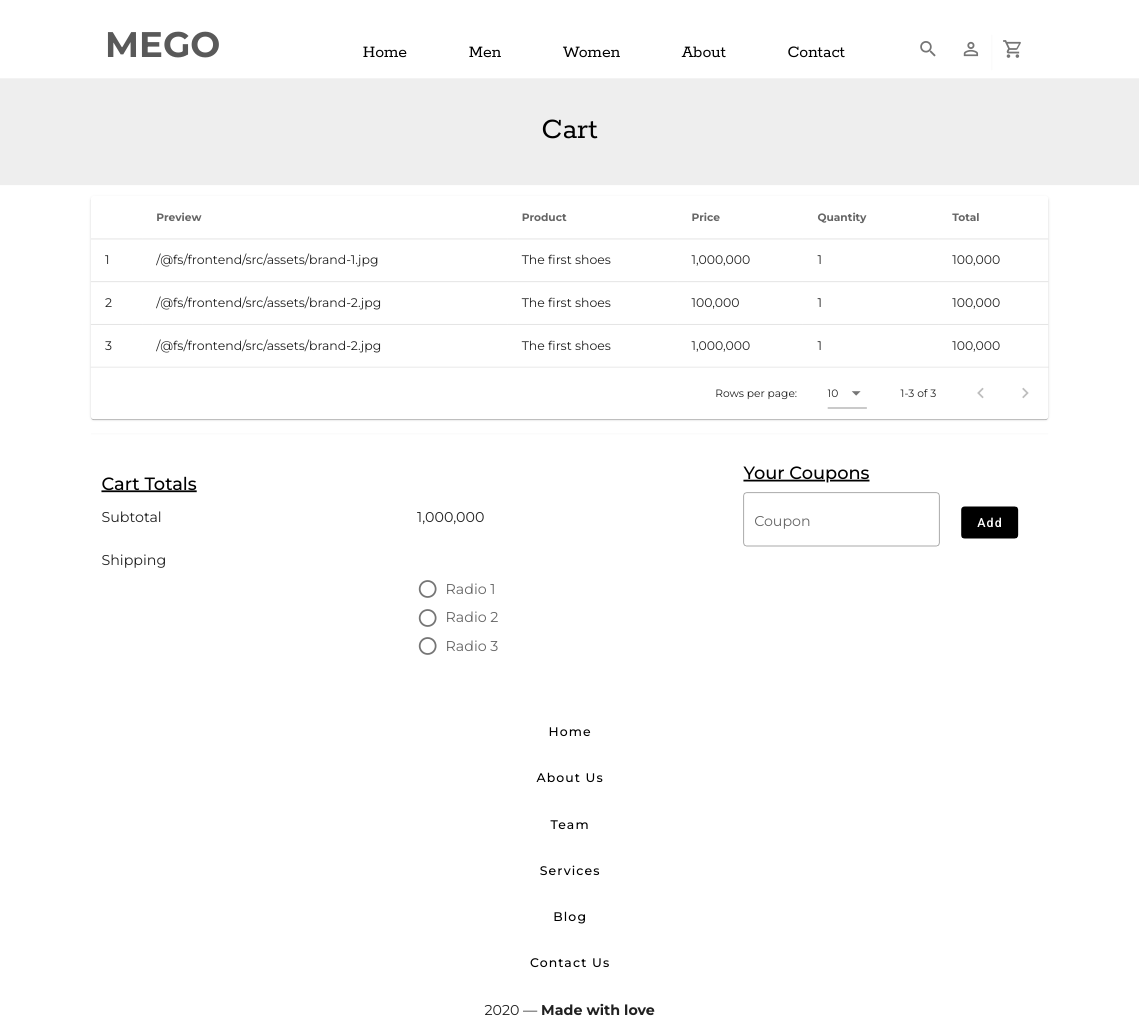
Repository: nguyenphuong152/shoesstore
Page: /cart (app in frontend/)
An editor plug-in stored every save of this project. The page is shown before and after the next save, followed by the edit.
The browser window is 1280 px wide. The pictures show the whole page, at 89% of full size.
The project was rebuilt for these pictures with package versions that can differ from the ones it lists, and the page was loaded fresh each time. Also part of the build but not shown: frontend/vue.config.js, frontend/src/components/Customer/Collection.vue, frontend/src/components/Customer/Banner.vue, frontend/src/components/Customer/BestSeller.vue, frontend/src/components/Customer/Partner.vue, frontend/src/views/Customer/Home.vue, frontend/src/components/Customer/ProductCategory.vue, frontend/src/components/Customer/ProductView.vue and 10 more. Imported but missing from the stored project, and not drawn on this page: frontend/src/views/Admin/Category.vue, frontend/src/views/Admin/ManageProduct.vue, frontend/src/views/Admin/ManageUser.vue, frontend/src/views/Admin/OrderList.vue.

Above is the page before, as saved 2020-11-28 20:22:52.

After the next save:
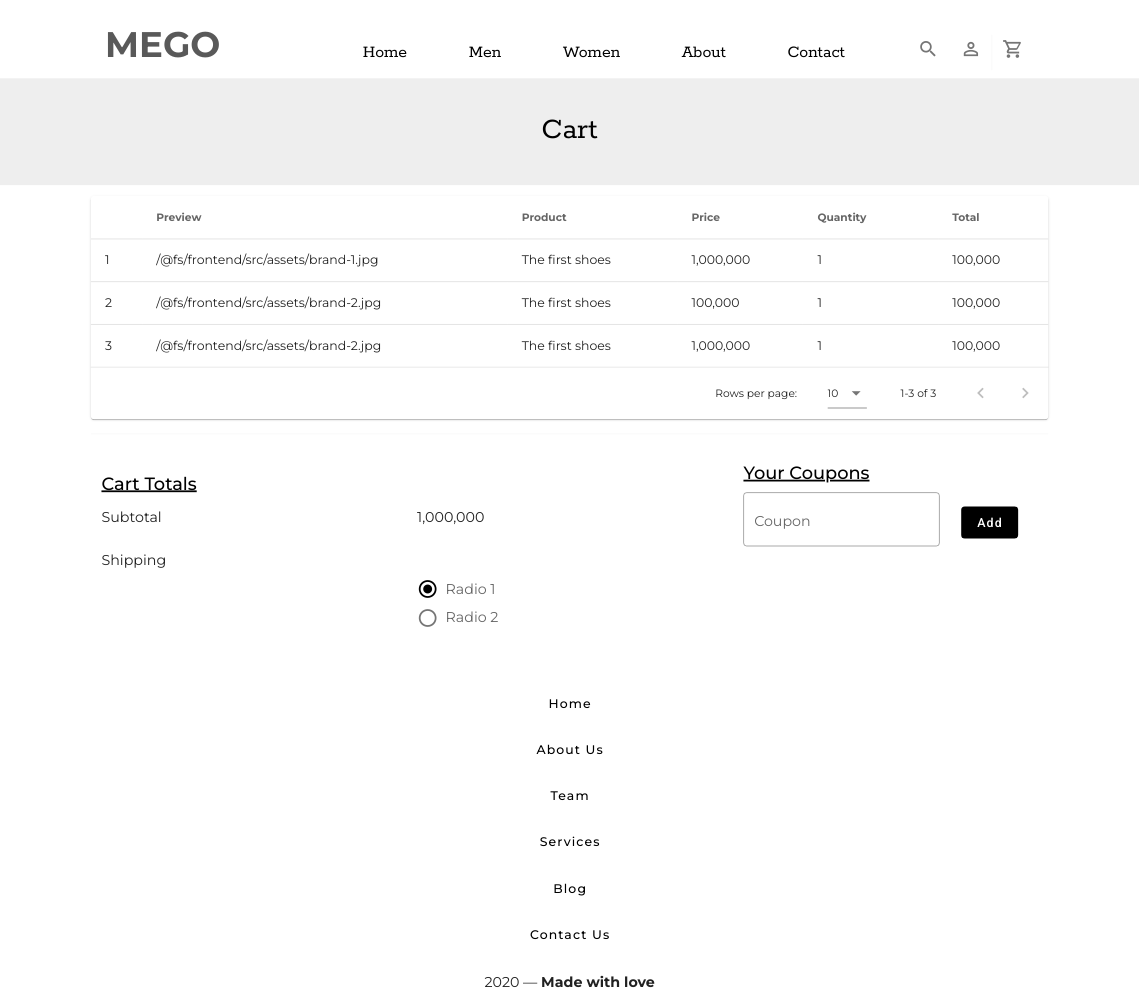
Saved 39 s later.
--- a/frontend/src/components/Customer/CartTotal.vue
+++ b/frontend/src/components/Customer/CartTotal.vue
@@ -21,7 +21,7 @@
         <v-container class="px-0" fluid>
           <v-radio-group v-model="radioGroup">
             <v-radio
-              v-for="n in 3"
+              v-for="n in 2 "
               :key="n"
               :label="`Radio ${n}`"
               :value="n"
@@ -37,7 +37,7 @@
 export default {
   data() {
     return {
-      radios: null,
+       radioGroup: 1,
     };
   },
 };

After the save that followed:
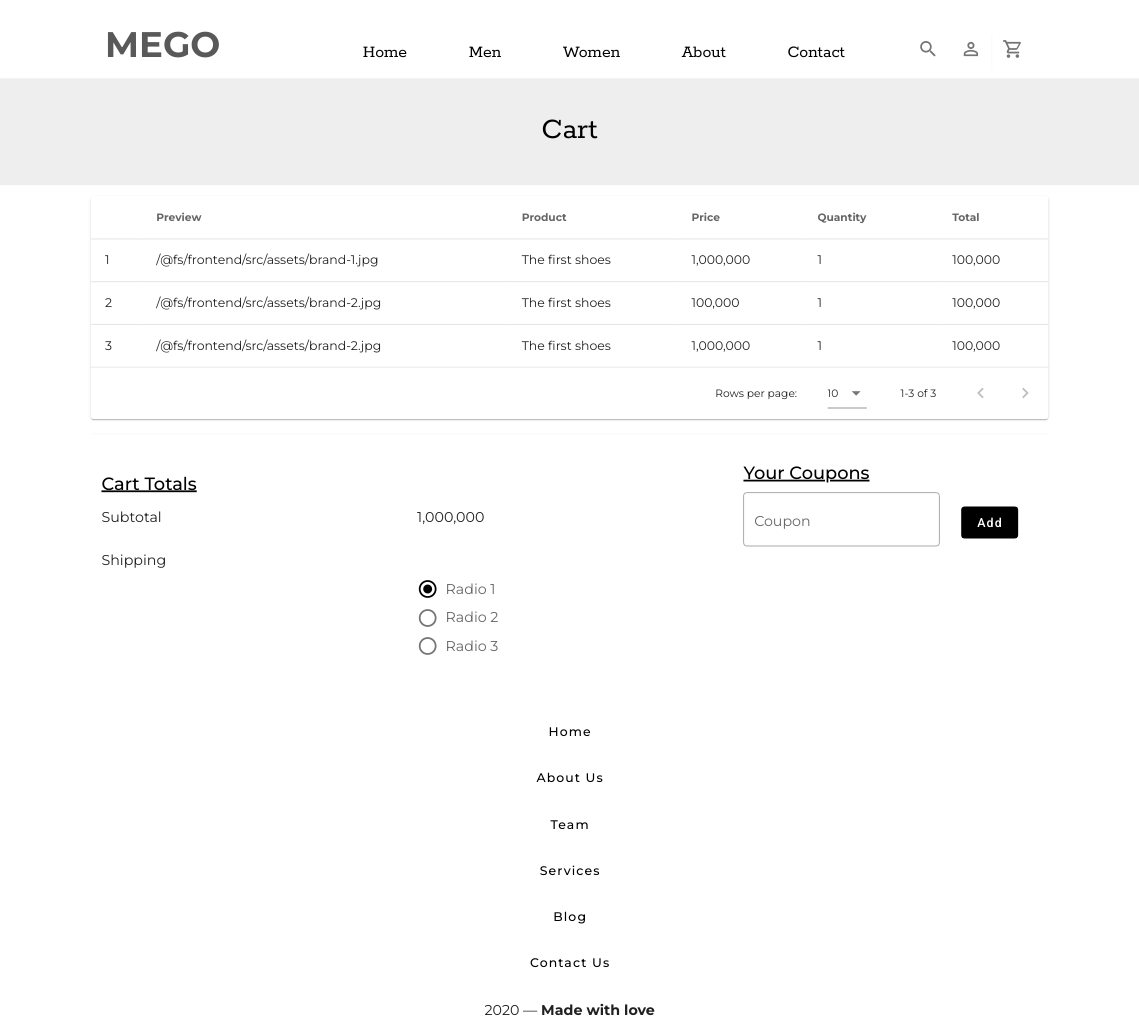
Saved 85 s later.
--- a/frontend/src/components/Customer/CartTotal.vue
+++ b/frontend/src/components/Customer/CartTotal.vue
@@ -18,16 +18,19 @@
         <a> Shipping</a>
       </v-col>
       <v-col>
-        <v-container class="px-0" fluid>
-          <v-radio-group v-model="radioGroup">
-            <v-radio
-              v-for="n in 2 "
-              :key="n"
-              :label="`Radio ${n}`"
-              :value="n"
-            ></v-radio>
-          </v-radio-group>
-        </v-container>
+        <v-container
+    class="px-0"
+    fluid
+  >
+    <v-radio-group v-model="radioGroup">
+      <v-radio
+        v-for="n in 3"
+        :key="n"
+        :label="`Radio ${n}`"
+        :value="n"
+      ></v-radio>
+    </v-radio-group>
+  </v-container>
       </v-col>
     </v-row>
   </v-container>
